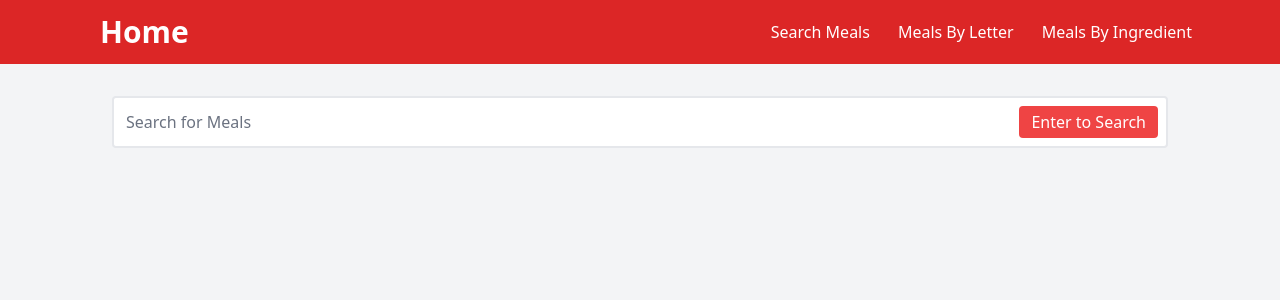
Repository: HalemX/meals
Page: /by-name
An editor plug-in stored every save of this project. The page is shown before and after the next save, followed by the edit.
The browser window is 1280 px wide. The pictures show the whole page.
The project was rebuilt for these pictures with package versions that can differ from the ones it lists, and the page was loaded fresh each time. Also part of the build but not shown: vite.config.js, src/components/ui/BaseButtons.vue, src/pages/home/HomePage.vue, src/components/layout/GuestLayout.vue, src/pages/meals/MealsByIngredient.vue, src/pages/meals/MealsByLetters.vue, src/components/meals_components/MealDetails.vue, src/pages/meals/AllIngredients.vue.

Above is the page before, as saved 2024-02-12 17:30:02.

### index.html
<!DOCTYPE html>
<html lang="en">
  <head>
    <meta charset="UTF-8" />
    <link rel="icon" type="image/svg+xml" href="/vite.svg" />
    <meta name="viewport" content="width=device-width, initial-scale=1.0" />
    <title>Vite + Vue</title>
  </head>
  <body class="bg-gray-100 h-full">
    <div id="app"></div>
    <script type="module" src="/src/main.js"></script>
  </body>
</html>

### src/main.js
import { createApp } from "vue";

import router from "./router";
import store from "./store";
import "./style.css";

import App from "./App.vue";

const app = createApp(App);
app.use(router);
app.use(store);

app.mount("#app");

### src/router/index.js
import { createRouter, createWebHistory } from "vue-router";

import HomePage from "../pages/home/HomePage.vue";

import DefaultLayout from "../components/layout/DefaultLayout.vue";
import GuestLayout from "../components/layout/GuestLayout.vue";

import MealsByIngredient from "../pages/meals/MealsByIngredient.vue";
import MealsByLetters from "../pages/meals/MealsByLetters.vue";
import MealsByName from "../pages/meals/MealsByName.vue";
import MealDetails from "../components/meals_components/MealDetails.vue";
import AllIngredients from "../pages/meals/AllIngredients.vue";

const routes = [
  {
    path: "/",
    component: DefaultLayout,
    children: [
      {
        path: "/",
        name: "home",
        component: HomePage,
      },
      {
        path: "/by-letter/:letter?",
        name: "byLetter",
        component: MealsByLetters,
      },
      {
        path: "/by-name/:name?",
        name: "byName",
        component: MealsByName,
      },
      {
        path: "/ingredients",
        name: "ingredients",
        component: AllIngredients,
      },
      {
        path: "/by-ingredient/:ingredient",
        name: "byIngredient",
        component: MealsByIngredient,
      },
      {
        path: "/meal/:id",
        name: "mealDetails",
        component: MealDetails,
      },
    ],
  },
  {
    path: "/guest",
    component: GuestLayout,
    children: [],
  },
];

const router = createRouter({
  history: createWebHistory(),
  routes,
});

export default router;

### src/store/index.js
import { createStore } from "vuex";

import mealsModule from "./modules/meals/index";

const store = createStore({
  modules: {
    mealsModule,
  },
});

export default store;

### src/App.vue
<template>
  <router-view v-slot="slotProps">
    <transition name="route" mode="out-in">
      <component :is="slotProps.Component"></component>
    </transition>
  </router-view>
</template>

<style scoped>
.route-enter-from {
  opacity: 0;
  transform: translateY(-30px);
}
.route-leave-to {
  opacity: 0;
  transform: translateY(30px);
}
.route-enter-active {
  transition: all 0.4s ease-out;
}
.route-enter-active {
  transition: all 0.4s ease-in;
}
.route-enter-to,
.route-leave-from {
  opacity: 1;
  transform: translateY(0);
}
</style>

### src/components/layout/DefaultLayout.vue
<template>
  <div>
    <navbar />
    <main>
      <router-view v-slot="slotProps">
        <transition name="route" mode="out-in">
          <component :is="slotProps.Component"></component>
        </transition>
      </router-view>
    </main>
  </div>
</template>

<script>
import Navbar from "./Navbar.vue";
export default {
  components: {
    Navbar,
  },
};
</script>

<style>
.route-enter-from {
  opacity: 0;
  transform: translateY(-30px);
}
.route-leave-to {
  opacity: 0;
  transform: translateY(30px);
}
.route-enter-active {
  transition: all 0.4s ease-out;
}
.route-enter-active {
  transition: all 0.4s ease-in;
}
.route-enter-to,
.route-leave-from {
  opacity: 1;
  transform: translateY(0);
}
</style>

### src/pages/meals/MealsByName.vue
<template>
  <div class="lg:mx-20">
    <div class="p-8 pb-0">
      <div
        class="rounded border-2 border-gray-200 bg-white flex"
        :class="{ invalid: emptyEnter }"
      >
        <input
          type="text"
          class="rounded border-2 border-gray-200"
          placeholder="Search for Meals"
          v-model.trim="enterName"
          @change="searchMealsByName"
        />
        <button
          @click="searchMealsByName"
          class="m-2 px-3 transition ease-in-out delay-150 sm:mt-2 border-[#ef4444] bg-[#ef4444] hover:scale-105 hover:bg-[#f87171] duration-300 text-white py-1 rounded"
        >
          Enter to Search
        </button>
      </div>
    </div>
    <meals-item v-if="!emptyEnter" :meals="mealsByName"></meals-item>
    <p v-else class="text-[#ff0000] mt-2 px-8">Must Enter Name of Meal!</p>
  </div>
</template>

<script>
import { computed, onMounted, ref } from "vue";
import { useStore } from "vuex";
import { useRoute } from "vue-router";
import MealsItem from "../../components/meals_components/MealsItem.vue";

export default {
  components: {
    MealsItem,
  },
  setup() {
    const enterName = ref("");
    const emptyEnter = ref(false);

    const store = useStore();

    const mealsByName = computed(() => {
      return store.getters.getSearchMealsByName;
    });

    function searchMealsByName() {
      if (enterName.value) {
        store.dispatch("searchMealsByName", enterName.value);
        emptyEnter.value = false;
      } else {
        emptyEnter.value = true;
      }
    }

    const rout = useRoute();
    onMounted(() => {
      enterName.value = rout.params.name;
      if (enterName.value) {
        searchMealsByName();
      }
    });

    return { searchMealsByName, mealsByName, enterName, emptyEnter };
  },
};
</script>

<style scoped>
input {
  transition: 0.3s;
  caret-color: #dc2626;
  flex-grow: 2;
  border: none;
}
input:focus {
  outline: none !important;
  border-color: transparent !important;
  box-shadow: none !important;
}
.invalid {
  border-color: red;
}
@media (max-width: 420px) {
  div {
    flex-direction: column;
    background-color: transparent;
    border: none;
  }
  p {
    width: 260px;
    margin: auto;
  }
}
</style>

### src/store/modules/meals/index.js
import mutations from "./mutations";
import actions from "./actions";
import getters from "./getters";

export default {
  state() {
    return {
      searchMealsByName: [],
      searchMealsByLetter: [],
      searchMealsByIng: [],
    };
  },
  mutations,
  actions,
  getters,
};

### src/axiosClient.js
import axios from "axios";

const axiosClient = axios.create({
  baseURL: import.meta.env.VITE_API_BASE_URL,
});

export default axiosClient;

### src/components/meals_components/MealsItem.vue
<template>
  <div class="grid grid-cols-1 md:grid-cols-3 gap-5 p-8">
    <div
      v-for="meal of meals"
      :key="meal.idMeal"
      class="bg-white shadow rounded-xl hover:scale-105 transition-all"
    >
      <router-link :to="{ name: 'mealDetails', params: { id: meal.idMeal } }">
        <img
          :src="meal.strMealThumb"
          :alt="meal.strMeal"
          class="rounded-t-xl w-full h-48 object-cover"
        />
      </router-link>
      <div class="p-3">
        <h3 class="font-bold">{{ meal.strMeal }}</h3>
        <p class="mb-4">
          Lorem ipsum dolor sit, amet consectetur adipisicing elit. Repellendus
          dicta saepe.
        </p>
      </div>
      <div class="flex items-center justify-between">
        <base-buttons :href="meal.strYoutube"></base-buttons>
      </div>
    </div>
  </div>
</template>

<script>
import BaseButtons from "../ui/BaseButtons.vue";

export default {
  components: {
    BaseButtons,
  },
  props: ["meals"],
};
</script>

### src/components/layout/Navbar.vue
<template>
  <div class="bg-[#dc2626]">
    <header
      class="text-white shadow h-16 flex justify-between items-stretch bg-[#dc2626] md:mx-20"
    >
      <router-link
        class="text-3xl inline-flex items-center h-full px-5 font-bold"
        :to="{ name: 'home' }"
        >Home</router-link
      >
      <div class="flex items-center gap-3">
        <router-link
          class="inline-flex items-center px-2 h-full transition-colors hover:bg-[#ef4444]"
          :to="{ name: 'byName' }"
          >Search Meals</router-link
        >
        <router-link
          class="inline-flex items-center px-2 h-full transition-colors hover:bg-[#f87171]"
          :to="{ name: 'byLetter' }"
          >Meals By Letter</router-link
        >
        <router-link
          class="inline-flex items-center px-2 h-full transition-colors hover:bg-[#f87171]"
          :to="{ name: 'ingredients' }"
          >Meals By Ingredient</router-link
        >
      </div>
    </header>
  </div>
</template>

<script>
export default {};
</script>

<style scoped>
header {
  box-shadow: none !important;
}
</style>

### src/store/modules/meals/mutations.js
export default {
  setSearchMealsByName(state, meals) {
    state.searchMealsByName = meals;
  },
  setSearchMealsByLetter(state, meals) {
    state.searchMealsByLetter = meals;
  },
  setSearchMealsByIng(state, meals) {
    state.searchMealsByIng = meals;
  },
};

### src/store/modules/meals/actions.js
import axiosClient from "../../../axiosClient";

export default {
  async searchMealsByName(context, enterName) {
    const response = await axiosClient.get(`search.php?s=${enterName}`);

    const responseData = await response.data;

    context.commit("setSearchMealsByName", responseData.meals);
  },

  async searchMealsLetter(context, letter) {
    const response = await axiosClient.get(`search.php?f=${letter}`);

    const responseData = await response.data;

    context.commit("setSearchMealsByLetter", responseData.meals);
  },

  async searchMealsByIng(context, enterIng) {
    const response = await axiosClient.get(`filter.php?i=${enterIng}`);

    const responseData = await response.data;

    context.commit("setSearchMealsByIng", responseData.meals);
  },

  //   async fetchMeals(context) {
  //     const response = await fetch(
  //       "https://www.themealdb.com/api/json/v1/1/search.php?s=Arrabiata"
  //     );
  //     const responseData = await response.json();
  //     if (!response.ok) {
  //       const error = new Error(responseData.message || "Failed to fetch Meals");
  //       throw error;
  //     }
  //     // console.log(responseData.meals);
  //     // const meals = [];
  //     // for (const key in responseData) {
  //     //   const request = {
  //     //     id: key,
  //     //     coachId: coachId,
  //     //     userEmail: responseData[key].userEmail,
  //     //     message: responseData[key].message,
  //     //   };
  //     //   requests.push(request);
  //     // }
  //     context.commit("setMeals", responseData.meals.slice(0, 5));
  //   },
};

### src/store/modules/meals/getters.js
export default {
  getSearchMealsByName(state) {
    return state.searchMealsByName;
  },
  getSearchMealsByLetter(state) {
    return state.searchMealsByLetter;
  },
  getSearchMealsByIng(state) {
    return state.searchMealsByIng;
  },
};

### tailwind.config.js
/** @type {import('tailwindcss').Config} */
export default {
  content: ["./index.html", "./src/**/*.{vue,js,ts,jsx,tsx}"],
  theme: {
    extend: {},
  },
  plugins: [
    require("@tailwindcss/forms"),
    // ...
  ],
};

Loaded but not shown: src/style.css (common file)

After the next save:
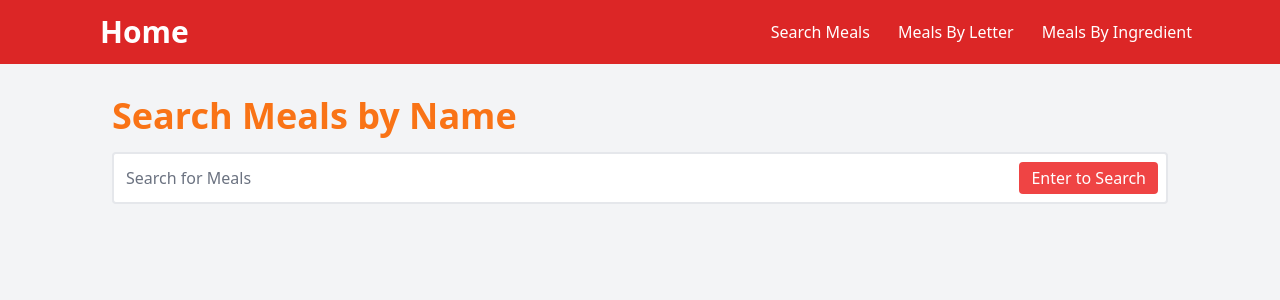
Saved 65 s later.
--- a/src/pages/meals/MealsByName.vue
+++ b/src/pages/meals/MealsByName.vue
@@ -1,6 +1,9 @@
 <template>
   <div class="lg:mx-20">
     <div class="p-8 pb-0">
+      <h1 class="text-4xl font-bold mb-4 text-orange-500">
+        Search Meals by Name
+      </h1>
       <div
         class="rounded border-2 border-gray-200 bg-white flex"
         :class="{ invalid: emptyEnter }"

After the save that followed:
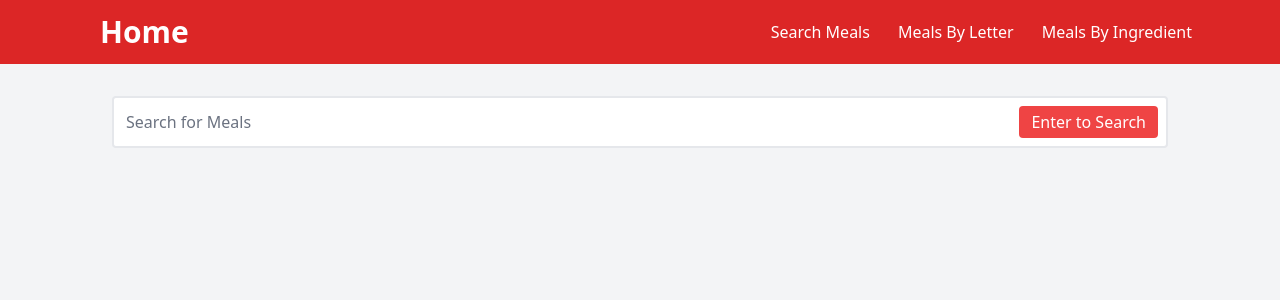
Saved 26 s later.
--- a/src/pages/meals/MealsByName.vue
+++ b/src/pages/meals/MealsByName.vue
@@ -1,9 +1,6 @@
 <template>
   <div class="lg:mx-20">
     <div class="p-8 pb-0">
-      <h1 class="text-4xl font-bold mb-4 text-orange-500">
-        Search Meals by Name
-      </h1>
       <div
         class="rounded border-2 border-gray-200 bg-white flex"
         :class="{ invalid: emptyEnter }"
